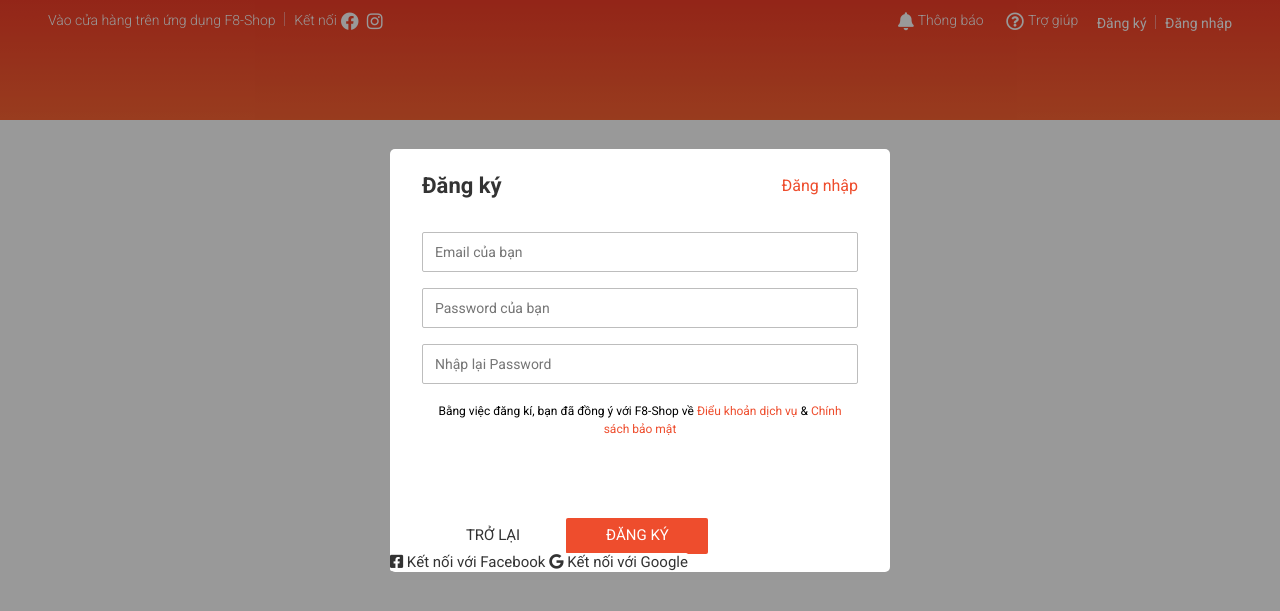
Repository: tvhoangit/tvhoangit.github.io
Page: Shoppe/index.html
The author's editor kept a copy of each file at every save. The page is drawn from the files as they stood at one save, then again after the next save.
The browser window is 1280 px wide. The pictures show the whole page.

Above is the page before, as saved 2021-10-17 11:33:12.

After the next save:
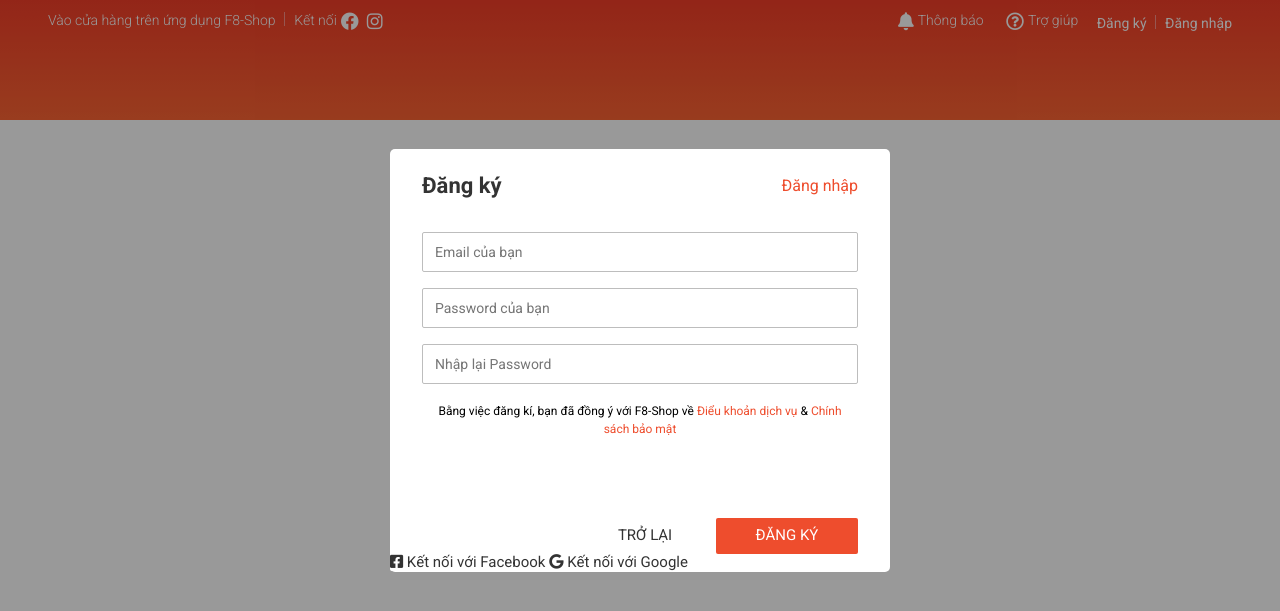
Saved 96 s later.
--- a/Shoppe/assets/css/main.css
+++ b/Shoppe/assets/css/main.css
@@ -245,4 +245,9 @@
 }
 .auth-form__controls {
     margin-top: 80px;
-}
+    display: flex;
+    justify-content: flex-end;
+}
+.auth-form__socials {
+
+}
